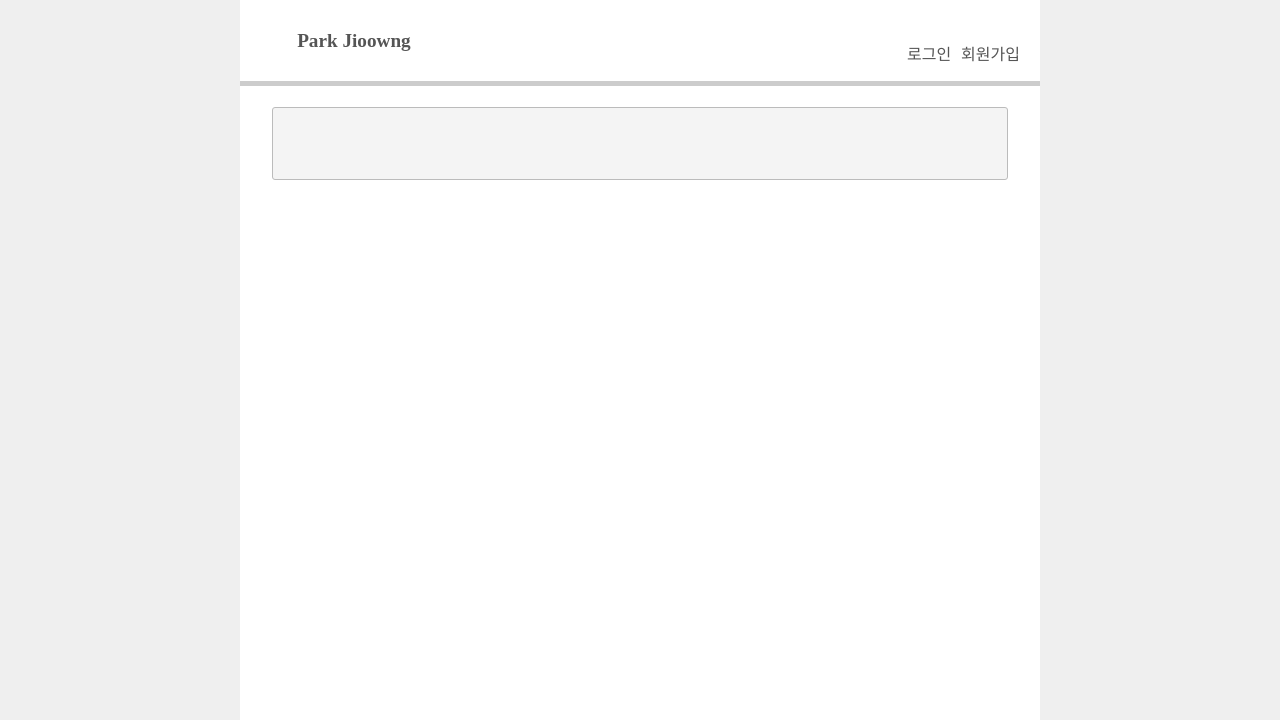
Repository: park-jiwoong/webClass
Page: webPro/src/main/webapp/JSPClass/jspPro/src/main/webapp/days02/ex01.html
These files come from the project's save history. The page is drawn as it stood at one moment and after the next save; the edit follows.
The browser window is 1280 px wide. The pictures show the whole page.
Some web fonts or font styles are not loaded; a fallback is used.

Above is the page before, as saved 2025-05-22 07:28:29.

After the next save:
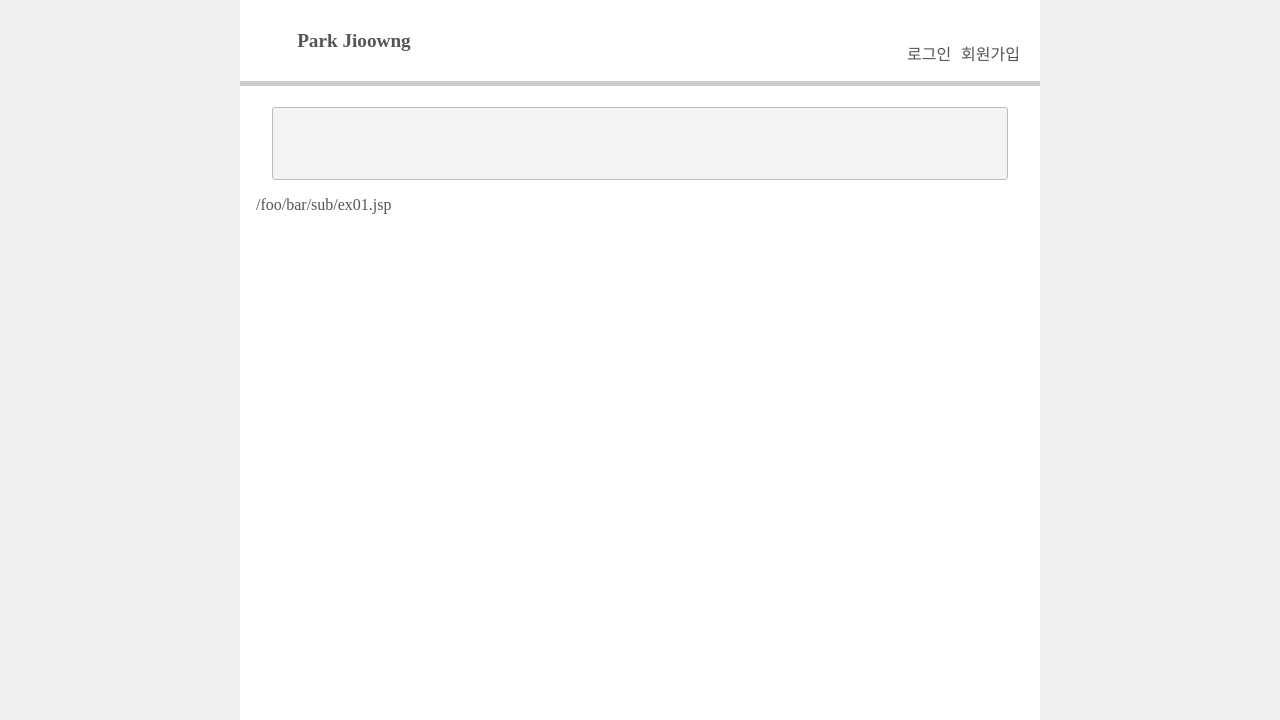
Saved 36 s later.
--- a/webPro/src/main/webapp/JSPClass/jspPro/src/main/webapp/days02/ex01.html
+++ b/webPro/src/main/webapp/JSPClass/jspPro/src/main/webapp/days02/ex01.html
@@ -25,6 +25,7 @@
   <xmp class="code">
 
   </xmp>
+	<a href="">/foo/bar/sub/ex01.jsp</a>
 </div>
 </body>
 </html>
